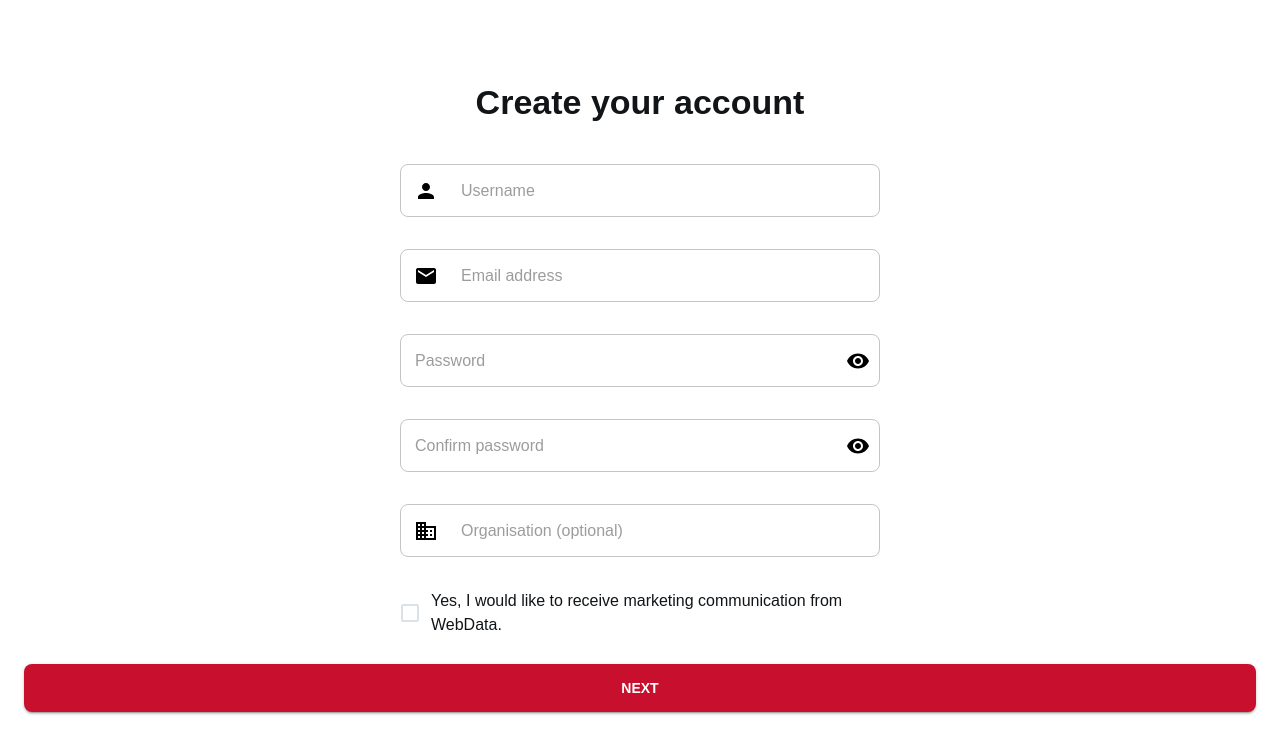
Repository: Pascal-Ahmadu/Tender-download-system
Page: /register (app in frontend/)
These files come from the project's save history. The page is drawn as it stood at one moment and after the next save; the edit follows.
The browser window is 1280 px wide. The pictures show the whole page.
The page's requests for data from a server got no answer. Some web fonts or font styles are not loaded; a fallback is used. The project was rebuilt for these pictures with package versions that can differ from the ones it lists, and the page was loaded fresh each time. No one was signed in, and anything a server would have sent is missing. Also part of the build but not shown: frontend/vite.config.js, frontend/src/components/pages/LoginPage.jsx.

Above is the page before, as saved 2024-07-31 08:34:22.

### frontend/index.html
<!DOCTYPE html>
<html lang="en">
  <head>
    <meta charset="UTF-8" />
    <link rel="icon" type="image/svg+xml" href="/vite.svg" />
    <link
      href="https://fonts.googleapis.com/css2?family=Bento:wght@400;700&display=swap"
      rel="stylesheet"
    />

    <meta name="viewport" content="width=device-width, initial-scale=1.0" />
    <title>Vite + React</title>
  </head>
  <body>
    <div id="root"></div>
    <script type="module" src="/src/main.jsx"></script>
  </body>
</html>

### frontend/src/main.jsx
import React from "react";
import ReactDOM from "react-dom/client";
import App from "./App.jsx";
import "./index.css";
import { AuthProvider } from "./components/contexts/AuthContext.jsx";

ReactDOM.createRoot(document.getElementById("root")).render(
  <React.StrictMode>
    <AuthProvider>
      <App />
    </AuthProvider>
  </React.StrictMode>
);

### frontend/src/App.jsx
import React from "react";
import { BrowserRouter as Router, Routes, Route } from "react-router-dom";
import LoginPage from "./components/pages/LoginPage";
import RegistrationForm from "./components/pages/RegistrationPage";
import { createTheme, ThemeProvider } from "@mui/material/styles";

// Create a theme instance
const theme = createTheme({
  typography: {
    fontFamily: "Bento, sans-serif",
  },
});

const app = () => {
  return (
    <ThemeProvider theme={theme}>
      <Router>
        <Routes>
          <Route path="/" element={<LoginPage />} />
          <Route path="/register" element={<RegistrationForm />} />
        </Routes>
      </Router>
    </ThemeProvider>
  );
};

export default app;

### frontend/src/index.css
:root {
  font-family: "Bento", sans-serif;

  line-height: 1.5;
  font-weight: 400;

  color-scheme: white;
  color: rgba(255, 255, 255, 0.87);
  background-color: white;

  font-synthesis: none;
  text-rendering: optimizeLegibility;
  -webkit-font-smoothing: antialiased;
  -moz-osx-font-smoothing: grayscale;
}

body {
  font-family: "Merriweather", serif;
}

a {
  font-weight: 500;
  color: #646cff;
  text-decoration: inherit;
}
a:hover {
  color: #535bf2;
}

h1 {
  font-size: 3.2em;
  line-height: 1.1;
}

button {
  border-radius: 8px;
  border: 1px solid transparent;
  padding: 0.6em 1.2em;
  font-size: 1em;
  font-weight: 500;
  font-family: inherit;
  background-color: #1a1a1a;
  cursor: pointer;
  transition: border-color 0.25s;
}
button:hover {
  border-color: #646cff;
}
button:focus,
button:focus-visible {
  outline: 4px auto -webkit-focus-ring-color;
}

@media (prefers-color-scheme: light) {
  :root {
    color: #213547;
    background-color: #ffffff;
  }
  a:hover {
    color: #747bff;
  }
  button {
    background-color: #f9f9f9;
  }
}

### frontend/src/components/contexts/AuthContext.jsx
import React, { createContext, useState, useEffect, useContext } from "react";
import axios from "axios";

const API_BASE_URL = "http://localhost:5000";

axios.defaults.baseURL = API_BASE_URL;

const AuthContext = createContext();

const AuthProvider = ({ children }) => {
  const [user, setUser] = useState(null);

  // Fetch user on app load
  useEffect(() => {
    const fetchUser = async () => {
      try {
        const res = await axios.get("/api/auth/current", {
          withCredentials: true,
        });
        setUser(res.data.user);
      } catch (err) {
        console.error(err.response ? err.response.data.msg : err.message);
      }
    };

    fetchUser();
  }, []);

  const register = async (email, password) => {
    try {
      await axios.post(
        "/api/auth/register",
        { email, password },
        { withCredentials: true }
      );
      // Optionally fetch user data if needed
    } catch (err) {
      throw new Error(err.response ? err.response.data.msg : err.message);
    }
  };

  const login = async (email, password) => {
    try {
      await axios.post(
        "/api/auth/login",
        { email, password },
        { withCredentials: true }
      );
      const res = await axios.get("/api/auth/current", {
        withCredentials: true,
      });
      setUser(res.data.user);
    } catch (err) {
      throw new Error(err.response ? err.response.data.msg : err.message);
    }
  };

  const logout = async () => {
    try {
      await axios.post("/api/auth/logout", {}, { withCredentials: true });
      setUser(null);
    } catch (err) {
      console.error(err.response ? err.response.data.msg : err.message);
    }
  };

  return (
    <AuthContext.Provider value={{ user, register, login, logout }}>
      {children}
    </AuthContext.Provider>
  );
};

// Custom hook to use the AuthContext
const useAuth = () => {
  const context = useContext(AuthContext);
  if (context === undefined) {
    throw new Error("useAuth must be used within an AuthProvider");
  }
  return context;
};

export { AuthProvider, useAuth };

### frontend/src/components/pages/RegistrationPage.jsx
import React, { useState, useEffect } from "react";
import {
  TextField,
  Button,
  Box,
  Typography,
  Checkbox,
  FormControlLabel,
  InputAdornment,
  IconButton,
  LinearProgress,
  FormHelperText,
} from "@mui/material";
import {
  Visibility,
  VisibilityOff,
  Person,
  Email,
  Business,
} from "@mui/icons-material";

function SignupForm() {
  const [showPassword, setShowPassword] = useState(false);
  const [password, setPassword] = useState("");
  const [confirmPassword, setConfirmPassword] = useState("");
  const [passwordStrength, setPasswordStrength] = useState(0);
  const [passwordEntered, setPasswordEntered] = useState(false);
  const [passwordValid, setPasswordValid] = useState({
    length: false,
    uppercase: false,
    lowercase: false,
    symbol: false,
  });
  const [showRequirements, setShowRequirements] = useState(false);
  const [typingTimeout, setTypingTimeout] = useState(null);

  const handleClickShowPassword = () => setShowPassword(!showPassword);

  const handlePasswordChange = (event) => {
    const password = event.target.value;
    setPassword(password);
    setPasswordEntered(true);
    setShowRequirements(true);

    // Check password validity
    const lengthValid = password.length >= 8 && password.length <= 16;
    const uppercaseValid = /[A-Z]/.test(password);
    const lowercaseValid = /[a-z]/.test(password);
    const symbolValid = /[!@#$%^&*(),.?":{}|<>]/.test(password);

    setPasswordValid({
      length: lengthValid,
      uppercase: uppercaseValid,
      lowercase: lowercaseValid,
      symbol: symbolValid,
    });

    // Calculate strength
    setPasswordStrength(
      (lengthValid + uppercaseValid + lowercaseValid + symbolValid) * 25
    );

    // Clear previous timeout
    if (typingTimeout) clearTimeout(typingTimeout);

    // Set a new timeout
    setTypingTimeout(
      setTimeout(() => {
        setShowRequirements(false);
      }, 2000)
    ); // Hide after 2 seconds of inactivity
  };

  const handleConfirmPasswordChange = (event) => {
    setConfirmPassword(event.target.value);
  };

  const getStrengthColor = () => {
    if (passwordStrength <= 33) return "#f44336"; // Red for weak
    if (passwordStrength <= 66) return "#ff9800"; // Orange for medium
    return "#4caf50"; // Green for strong
  };

  const passwordsMatch = password === confirmPassword;

  useEffect(() => {
    // Cleanup on component unmount
    return () => {
      if (typingTimeout) clearTimeout(typingTimeout);
    };
  }, [typingTimeout]);

  return (
    <Box
      sx={{
        display: "flex",
        flexDirection: "column",
        minHeight: "100vh",
        backgroundColor: "white",
        overflow: "hidden",
      }}
    >
      <Box
        sx={{
          display: "flex",
          flexDirection: "column",
          flex: 1,
          justifyContent: "center",
          alignItems: "center",
          px: 2,
          py: 4,
        }}
      >
        <Box
          sx={{
            display: "flex",
            flexDirection: "column",
            width: "100%",
            maxWidth: "480px",
            boxSizing: "border-box",
          }}
        >
          <Typography
            variant="h4"
            sx={{
              fontWeight: "bold",
              textAlign: "center",
              color: "#111518",
              py: 3,
            }}
          >
            Create your account
          </Typography>
          <TextField
            placeholder="Username"
            fullWidth
            margin="normal"
            InputProps={{
              startAdornment: (
                <InputAdornment position="start">
                  <Person sx={{ color: "black" }} />
                </InputAdornment>
              ),
            }}
            sx={{
              "& .MuiOutlinedInput-root": {
                borderRadius: 2,
                borderColor: "#dbe1e6",
              },
              "& .MuiInputBase-input": {
                color: "#111518",
                p: "15px",
                fontSize: "1rem",
              },
              mb: 2,
            }}
          />
          <TextField
            placeholder="Email address"
            fullWidth
            margin="normal"
            InputProps={{
              startAdornment: (
                <InputAdornment position="start">
                  <Email sx={{ color: "black" }} />
                </InputAdornment>
              ),
            }}
            sx={{
              "& .MuiOutlinedInput-root": {
                borderRadius: 2,
                borderColor: "#dbe1e6",
              },
              "& .MuiInputBase-input": {
                color: "#111518",
                p: "15px",
                fontSize: "1rem",
              },
              mb: 2,
            }}
          />
          <TextField
            placeholder="Password"
            fullWidth
            type={showPassword ? "text" : "password"}
            onChange={handlePasswordChange}
            onFocus={() => setPasswordEntered(true)}
            margin="normal"
            InputProps={{
              endAdornment: (
                <InputAdornment position="end">
                  <IconButton onClick={handleClickShowPassword} edge="end">
                    {showPassword ? (
                      <VisibilityOff sx={{ color: "black" }} />
                    ) : (
                      <Visibility sx={{ color: "black" }} />
                    )}
                  </IconButton>
                </InputAdornment>
              ),
            }}
            sx={{
              "& .MuiOutlinedInput-root": {
                borderRadius: 2,
                borderColor: "#dbe1e6",
              },
              "& .MuiInputBase-input": {
                color: "#111518",
                p: "15px",
                fontSize: "1rem",
              },
              mb: 2,
            }}
          />
          {passwordEntered && showRequirements && (
            <Box sx={{ mb: 2 }}>
              <Typography variant="body2" sx={{ color: "#60778a", py: 1 }}>
                Password strength
              </Typography>
              <LinearProgress
                variant="determinate"
                value={passwordStrength}
                sx={{
                  height: 8,
                  borderRadius: 2,
                  backgroundColor: "#e0e0e0",
                  "& .MuiLinearProgress-bar": {
                    borderRadius: 2,
                    backgroundColor: getStrengthColor(),
                  },
                }}
              />
              <FormHelperText
                sx={{
                  color: "#60778a",
                  pt: 1,
                }}
              >
                <ul>
                  <li
                    style={{
                      color: passwordValid.length ? "#4caf50" : "#f44336",
                    }}
                  >
                    {passwordValid.length
                      ? "✔ Length between 8 and 16 characters"
                      : "✘ Length between 8 and 16 characters"}
                  </li>
                  <li
                    style={{
                      color: passwordValid.uppercase ? "#4caf50" : "#f44336",
                    }}
                  >
                    {passwordValid.uppercase
                      ? "✔ At least one uppercase letter"
                      : "✘ At least one uppercase letter"}
                  </li>
                  <li
                    style={{
                      color: passwordValid.lowercase ? "#4caf50" : "#f44336",
                    }}
                  >
                    {passwordValid.lowercase
                      ? "✔ At least one lowercase letter"
                      : "✘ At least one lowercase letter"}
                  </li>
                  <li
                    style={{
                      color: passwordValid.symbol ? "#4caf50" : "#f44336",
                    }}
                  >
                    {passwordValid.symbol
                      ? "✔ At least one symbol"
                      : "✘ At least one symbol"}
                  </li>
                </ul>
              </FormHelperText>
            </Box>
          )}
          <TextField
            placeholder="Confirm password"
            fullWidth
            type={showPassword ? "text" : "password"}
            onChange={handleConfirmPasswordChange}
            margin="normal"
            InputProps={{
              endAdornment: (
                <InputAdornment position="end">
                  <IconButton onClick={handleClickShowPassword} edge="end">
                    {showPassword ? (
                      <VisibilityOff sx={{ color: "black" }} />
                    ) : (
                      <Visibility sx={{ color: "black" }} />
                    )}
                  </IconButton>
                </InputAdornment>
              ),
            }}
            sx={{
              "& .MuiOutlinedInput-root": {
                borderRadius: 2,
                borderColor: "#dbe1e6",
              },
              "& .MuiInputBase-input": {
                color: "#111518",
                p: "15px",
                fontSize: "1rem",
              },
              mb: 2,
            }}
          />
          {!passwordsMatch && confirmPassword.length > 0 && (
            <FormHelperText sx={{ color: "#f44336" }}>
              Passwords do not match
            </FormHelperText>
          )}
          <TextField
            placeholder="Organisation (optional)"
            fullWidth
            margin="normal"
            InputProps={{
              startAdornment: (
                <InputAdornment position="start">
                  <Business sx={{ color: "black" }} />
                </InputAdornment>
              ),
            }}
            sx={{
              "& .MuiOutlinedInput-root": {
                borderRadius: 2,
                borderColor: "#dbe1e6",
              },
              "& .MuiInputBase-input": {
                color: "#111518",
                p: "15px",
                fontSize: "1rem",
              },
              mb: 2,
            }}
          />
          <FormControlLabel
            control={
              <Checkbox
                sx={{
                  color: "#dbe1e6",
                  "&.Mui-checked": {
                    color: "#2094f3",
                  },
                }}
              />
            }
            label="Yes, I would like to receive marketing communication from WebData."
            sx={{ color: "#111518", mt: 2 }}
          />
        </Box>
      </Box>
      <Box
        component="footer"
        sx={{
          display: "flex",
          justifyContent: "center",
          px: 2,
          py: 2,
        }}
      >
        <Button
          variant="contained"
          fullWidth // Make the button span the width of its container
          sx={{
            bgcolor: "#c8102e", // Button color
            color: "white",
            fontWeight: "bold",
            borderRadius: 2,
            py: 1.5, // Adjust vertical padding for height
            mt: -5, // Reduced margin top for spacing
            width: "100%", // Ensure button width is 100% of container width
            boxSizing: "border-box", // Ensure padding is included in width
            "&:hover": {
              bgcolor: "#a50f1d", // Slightly darker on hover
            },
          }}
        >
          Next
        </Button>
      </Box>
    </Box>
  );
}

export default SignupForm;

After the next save:
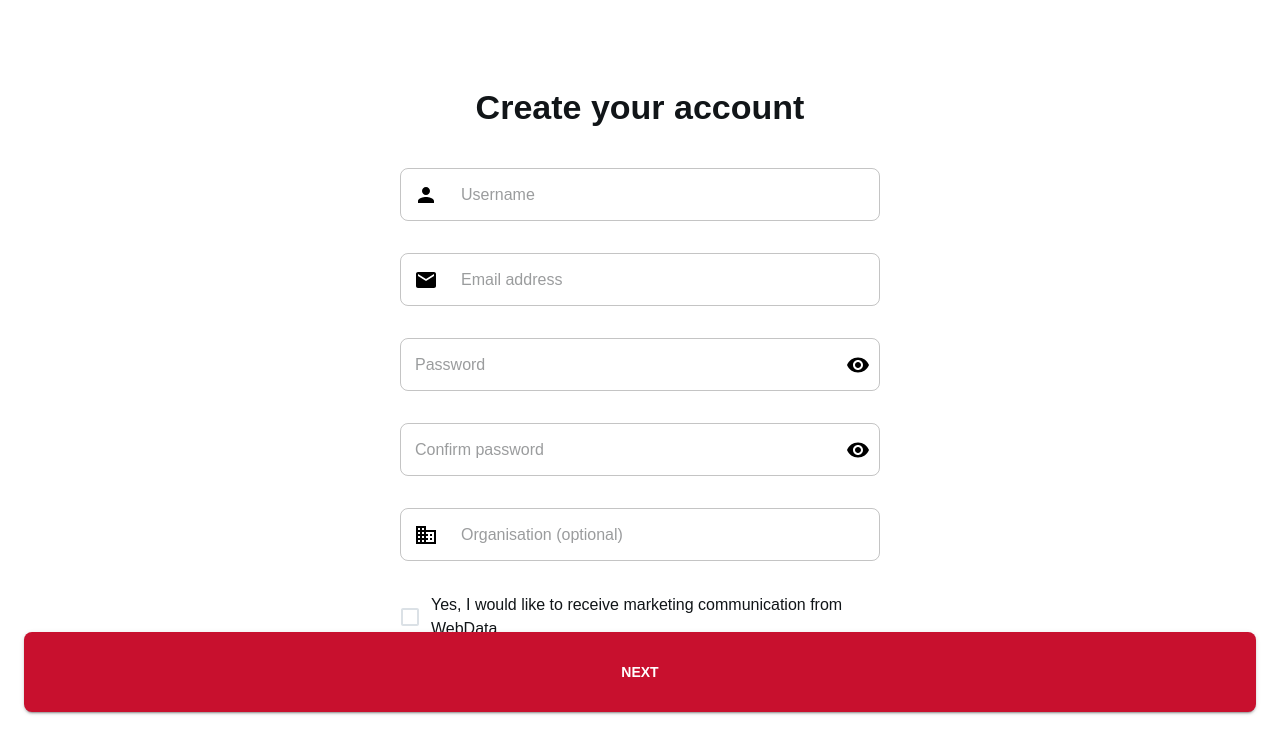
Saved 20 s later.
--- a/frontend/src/components/pages/RegistrationPage.jsx
+++ b/frontend/src/components/pages/RegistrationPage.jsx
@@ -372,7 +372,7 @@ function SignupForm() {
             fontWeight: "bold",
             borderRadius: 2,
             py: 1.5, // Adjust vertical padding for height
-            mt: -5, // Reduced margin top for spacing
+            mt: -10, // Reduced margin top for spacing
             width: "100%", // Ensure button width is 100% of container width
             boxSizing: "border-box", // Ensure padding is included in width
             "&:hover": {
